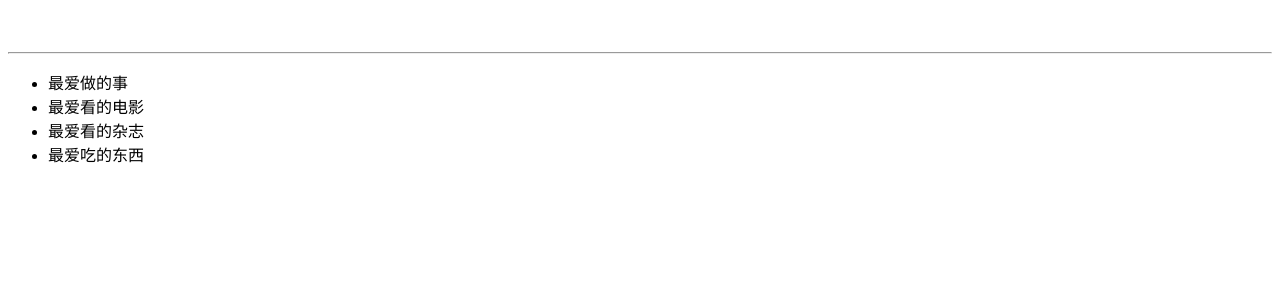
Repository: kirtonew/Compeititon2022-1
Page: node/test.html
The author's editor kept a copy of each file at every save. The page is drawn from the files as they stood at one save, then again after the next save.
The browser window is 1280 px wide. The pictures show the whole page.

Above is the page before, as saved 2022-09-05 14:30:48.

After the next save:
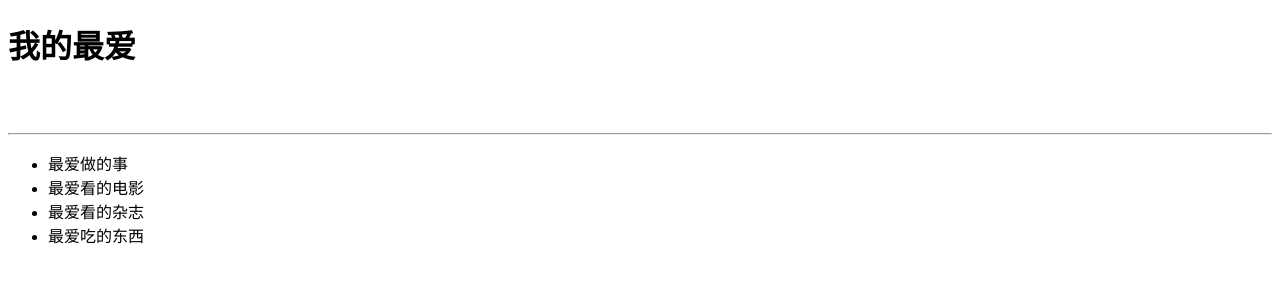
Saved 104 s later.
--- a/node/test.html
+++ b/node/test.html
@@ -7,7 +7,7 @@
     <title>Document</title>
 </head>
 <body>
-    <title>我的最爱</title>
+    <h1>我的最爱</h1>
     <br>
     <br>
     <hr/>
